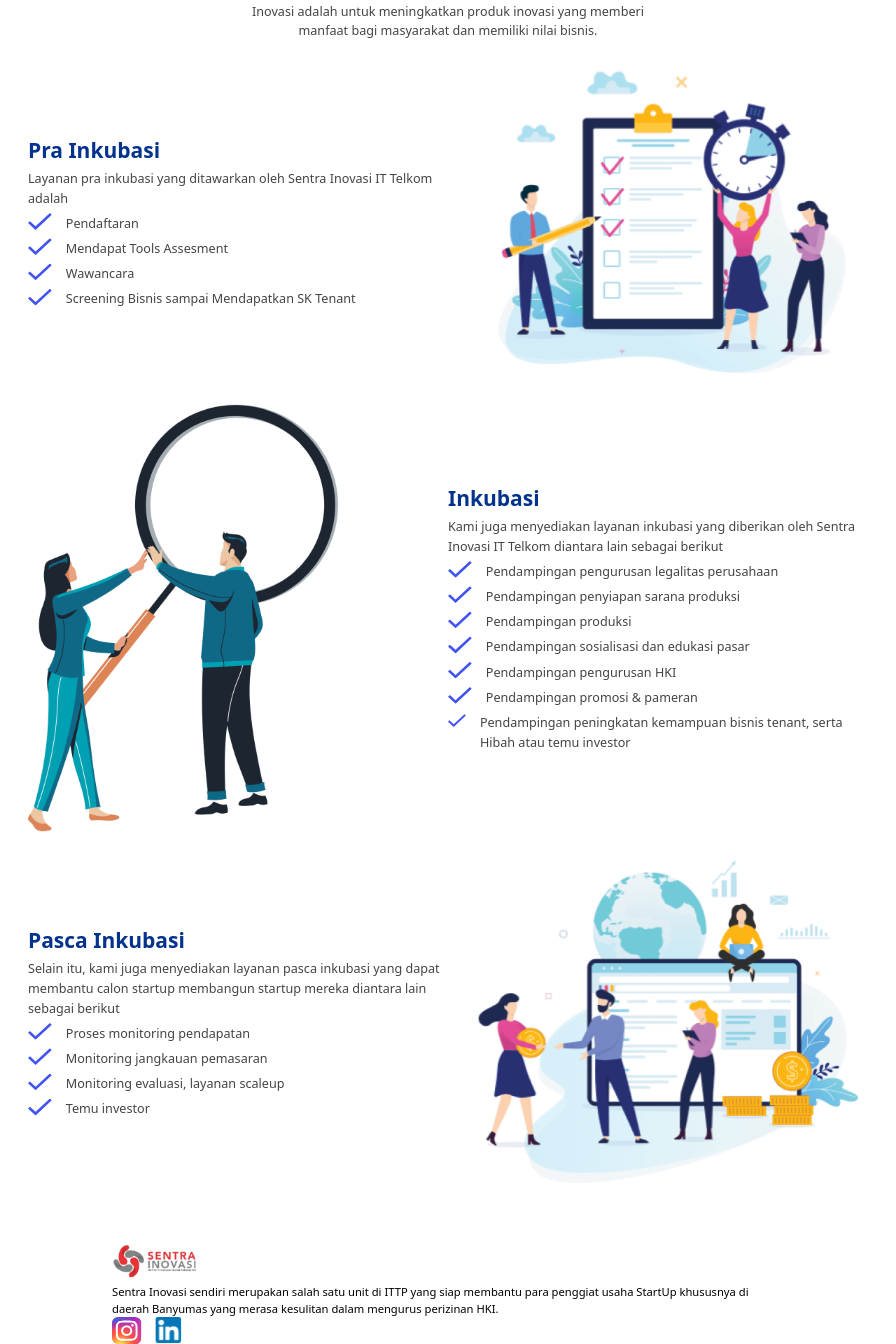
Repository: whytrno/sinovi-products
Page: /
These files come from the project's save history. The page is drawn as it stood at one moment and after a run of saves; the edit follows.
The browser window is 1280 px wide. The pictures show the part of the page from y = 1629 to 3549 px (the page is 3549 px tall), at 70% of full size.
The project was rebuilt for these pictures with package versions that can differ from the ones it lists, and the page was loaded fresh each time. The framework's server and built-in components were replaced by stand-ins that run in the browser. Also part of the build but not shown: next.config.js, components/Produk.js.

Above is the page before, as saved 2023-02-24 12:10:29.

### pages/index.js
import Footer from "@/components/Footer";
import Hero from "@/components/Hero";
import Layanan from "@/components/Layanan";
import Navbar from "@/components/Navbar";
import Produk from "@/components/Produk";
import VisiMisi from "@/components/VisiMisi";

export default function Home() {
  return (
    <div>
      <Navbar />
      <Hero />
      <VisiMisi />
      <Layanan />
      {/* <Produk /> */}
      <Footer />
    </div>
  )
}

### components/Footer.js
import InstagramIcon from "./Icon/InstagramIcon";
import LinkedinIcon from "./Icon/LinkedinIcon";

export default function Footer() {
    return (
        <div className="px-40">
            <img src="./logo/sinovi.png" />
            <p>Sentra Inovasi sendiri merupakan salah satu unit di ITTP yang siap membantu para penggiat usaha StartUp khususnya di daerah Banyumas yang merasa kesulitan dalam mengurus perizinan HKI.</p>

            <div className="flex gap-5">
                <InstagramIcon />
                <LinkedinIcon />
            </div>
        </div>
    )
}

### components/Hero.js
import Link from "next/link";

export default function Hero() {
    return (
        <div className="relative w-full h-screen flex items-center justify-between px-20 2xl:px-60">
            <img src="/images/hero-bg.jpg" alt="hero" className="w-full h-full object-cover absolute top-0 left-0 -z-10" />
            <div className="space-y-10">
                <h1 className="font-semibold text-5xl 2xl:text-6xl text-primary">Mulai bisnis bersama <br></br> Sentra Inovasi</h1>
                <Link href="/" className="font-semibold text-xl w-min whitespace-nowrap py-3 px-20 bg-secondary rounded-lg text-white block">Tentang Kami</Link>
            </div>
            <div>
                <img src="/images/hero.png" alt="hero" />
            </div>
        </div>
    )
}

### components/Layanan.js
import Child from "./Layanan/Child";
import List from "./Layanan/List";

export default function Layanan() {
    return (
        <div className="py-20 px-10 2xl:px-60 space-y-10">
            <div className="text-center space-y-3">
                <h1 className="text-4xl text-title font-semibold">LAYANAN</h1>
                <div className="flex justify-center">
                    <p className="text-paragraph w-1/2 text-center text-lg">Hal yang paling utama yang harus diketahui, bahwa tujuan Sentra Inovasi adalah untuk meningkatkan produk inovasi yang memberi manfaat bagi masyarakat dan memiliki nilai bisnis.</p>
                </div>
            </div>

            <Child dirrection="left" title="Pra Inkubasi" desc="Layanan pra inkubasi yang ditawarkan oleh Sentra Inovasi IT Telkom adalah" img="./images/layanan1.png" lists={["Pendaftaran", "Mendapat Tools Assesment", "Wawancara", "Screening Bisnis sampai Mendapatkan SK Tenant"]} />

            <Child dirrection="right" title="Inkubasi" desc="Kami juga menyediakan layanan inkubasi yang diberikan oleh Sentra Inovasi IT Telkom diantara lain sebagai berikut" img="./images/layanan2.png" lists={["Pendampingan pengurusan legalitas perusahaan", "Pendampingan penyiapan sarana produksi", "Pendampingan produksi", "Pendampingan sosialisasi dan edukasi pasar", "Pendampingan pengurusan HKI", "Pendampingan promosi & pameran", "Pendampingan peningkatan kemampuan bisnis tenant, serta Hibah atau temu investor"]} />

            <Child dirrection="left" title="Pasca Inkubasi" desc="Selain itu, kami juga menyediakan layanan pasca inkubasi yang dapat membantu calon startup membangun startup mereka diantara lain sebagai berikut" img="./images/layanan3.png" lists={["Proses monitoring pendapatan", "Monitoring jangkauan pemasaran", "Monitoring evaluasi, layanan scaleup", "Temu investor"]} />
        </div>
    )
}

### components/Navbar.js
import Link from "next/link";

export default function Navbar() {
    return (
        <div className="flex items-center justify-between p-5 2xl:px-60 shadow-xl">
            <div className="flex items-center gap-5">
                <img src="logo/ittp.png" alt="Ittp Logo" />
                <img src="logo/bdv.png" alt="BDV Logo" />
                <img src="logo/sinovi.png" alt="Sinovi Logo" />
            </div>
            <div className="font-semibold text-primary gap-4 2xl:gap-8 flex items-center">
                <Link href="/" className="text-secondary">Beranda</Link>
                <Link href="/">Ternaku</Link>
                <Link href="/">Calaun</Link>
                <Link href="/">Sisterponik</Link>
                <Link href="/">Sobat Warung</Link>
                <Link href="/">Pak Budi</Link>
                <Link href="/">Viregra</Link>
            </div>
        </div>
    )
}

### components/VisiMisi.js
import Card from "./VisiMisi/Card";

export default function VisiMisi() {
    return (
        <div className="py-20 px-10 2xl:px-60 space-y-10">
            <div className="text-center space-y-3">
                <h1 className="text-4xl text-title font-semibold">VISI MISI SENTRA INOVASI</h1>
                <div className="flex justify-center">
                    <p className="text-paragraph w-1/2 text-center text-lg">Untuk menjadi penggerak hilirisasi produk inovasi dalam menumbuhkan inovasi berbasis teknologi digital di Indonesia</p>
                </div>
            </div>
            <div className="grid grid-cols-2 gap-10">
                <Card logo="logo/visi1.png" desc="Menyelenggarakan pendampingan bagi masyarakat dalam memanfaatkan teknologi digital untuk pengembangan bisnis." />
                <Card logo="logo/visi2.png" desc="Menumbuhkembangkan masyarakat yang mampu memanfaatkan teknologi digital dalam peningkatan kesejahteraan." />
                <Card logo="logo/visi3.png" desc="Meningkatkan kerjasama lokal, nasional, maupun internasional dalam pengembangan bisnis berbasis teknologi digital. " />
                <Card logo="logo/visi4.png" desc="Serta Menciptakan bisnis berbasis teknologi digital yang mandiri dan berdaya saing tinggi." />
            </div>
        </div>
    )
}

### components/Icon/InstagramIcon.js
export default function InstagramIcon() {
    return (
        <svg
            xmlns="http://www.w3.org/2000/svg"
            width="42"
            height="39"
            fill="none"
            viewBox="0 0 42 39"
        >
            <path
                fill="url(#paint0_radial_25_124)"
                d="M21.007 0C12.239 0 9.675.008 9.177.047c-1.8.139-2.919.402-4.138.966a8.381 8.381 0 00-2.413 1.64C1.293 3.938.486 5.52.193 7.397.051 8.31.01 8.496.001 13.154c-.003 1.553 0 3.597 0 6.338 0 8.137.01 10.516.052 10.978.145 1.626.42 2.65 1.001 3.769 1.112 2.142 3.234 3.75 5.734 4.35.866.207 1.822.321 3.05.375.52.021 5.82.036 11.124.036s10.608-.006 11.115-.03c1.421-.062 2.247-.165 3.159-.384a9.063 9.063 0 003.385-1.591 8.292 8.292 0 002.349-2.768c.57-1.092.859-2.155.99-3.696.028-.336.04-5.693.04-11.044 0-5.351-.013-10.699-.041-11.035-.133-1.566-.422-2.619-1.01-3.732a7.786 7.786 0 00-1.798-2.287C37.762 1.2 36.063.45 34.038.179 33.057.047 32.862.009 27.842 0h-6.835z"
            ></path>
            <path
                fill="url(#paint1_radial_25_124)"
                d="M21.007 0C12.239 0 9.675.008 9.177.047c-1.8.139-2.919.402-4.138.966a8.381 8.381 0 00-2.413 1.64C1.293 3.938.486 5.52.193 7.397.051 8.31.01 8.496.001 13.154c-.003 1.553 0 3.597 0 6.338 0 8.137.01 10.516.052 10.978.145 1.626.42 2.65 1.001 3.769 1.112 2.142 3.234 3.75 5.734 4.35.866.207 1.822.321 3.05.375.52.021 5.82.036 11.124.036s10.608-.006 11.115-.03c1.421-.062 2.247-.165 3.159-.384a9.063 9.063 0 003.385-1.591 8.292 8.292 0 002.349-2.768c.57-1.092.859-2.155.99-3.696.028-.336.04-5.693.04-11.044 0-5.351-.013-10.699-.041-11.035-.133-1.566-.422-2.619-1.01-3.732a7.786 7.786 0 00-1.798-2.287C37.762 1.2 36.063.45 34.038.179 33.057.047 32.862.009 27.842 0h-6.835z"
            ></path>
            <path
                fill="#fff"
                d="M20.997 5.1c-4.21 0-4.74.017-6.393.087-1.65.07-2.777.313-3.763.67-1.02.367-1.885.86-2.747 1.66a7.04 7.04 0 00-1.79 2.55c-.384.917-.645 1.964-.72 3.496-.073 1.536-.093 2.027-.093 5.939 0 3.91.019 4.4.094 5.936.076 1.533.337 2.58.72 3.495.397.948.926 1.751 1.788 2.552a7.674 7.674 0 002.746 1.662c.987.356 2.114.599 3.764.669 1.654.07 2.182.087 6.392.087 4.211 0 4.738-.017 6.392-.087 1.65-.07 2.779-.313 3.765-.67a7.668 7.668 0 002.745-1.661 7.04 7.04 0 001.79-2.551c.38-.916.642-1.963.72-3.495.074-1.537.093-2.026.093-5.937 0-3.912-.019-4.402-.093-5.938-.078-1.534-.34-2.58-.72-3.496a7.038 7.038 0 00-1.79-2.55 7.66 7.66 0 00-2.746-1.662c-.988-.356-2.116-.598-3.766-.669-1.654-.07-2.18-.087-6.393-.087h.005zm-1.391 2.596h1.391c4.14 0 4.63.013 6.265.082 1.512.065 2.332.3 2.879.496.724.261 1.24.573 1.782 1.077s.878.984 1.16 1.656c.212.508.465 1.27.534 2.674.074 1.518.09 1.974.09 5.817 0 3.844-.016 4.3-.09 5.818-.07 1.404-.322 2.166-.534 2.673a4.437 4.437 0 01-1.16 1.654 4.844 4.844 0 01-1.782 1.077c-.546.198-1.367.432-2.879.497-1.634.069-2.125.084-6.265.084s-4.63-.015-6.265-.084c-1.512-.065-2.332-.3-2.88-.497a4.852 4.852 0 01-1.782-1.077 4.447 4.447 0 01-1.16-1.655c-.213-.507-.466-1.27-.535-2.673-.074-1.519-.089-1.975-.089-5.82 0-3.846.015-4.3.09-5.818.069-1.404.321-2.166.533-2.674a4.446 4.446 0 011.16-1.656c.543-.504 1.06-.816 1.784-1.077.546-.199 1.367-.433 2.879-.497 1.43-.06 1.984-.078 4.874-.081v.004zm9.667 2.39c-.368 0-.727.102-1.034.292-.306.19-.544.46-.685.776-.14.316-.177.663-.105.998.071.336.249.643.509.885s.592.406.953.473c.36.066.735.032 1.075-.099.34-.13.63-.352.835-.636.204-.285.313-.619.313-.96 0-.955-.834-1.729-1.86-1.729zm-8.276 2.02c-4.397 0-7.962 3.311-7.962 7.396 0 4.084 3.565 7.394 7.962 7.394s7.961-3.31 7.961-7.394c0-4.085-3.564-7.396-7.961-7.396zm0 2.595c2.854 0 5.168 2.15 5.168 4.8 0 2.652-2.314 4.801-5.168 4.801-2.855 0-5.168-2.15-5.168-4.8 0-2.652 2.313-4.8 5.168-4.8z"
            ></path>
            <defs>
                <radialGradient
                    id="paint0_radial_25_124"
                    cx="0"
                    cy="0"
                    r="1"
                    gradientTransform="matrix(0 -38.6519 38.7146 0 11.156 42.004)"
                    gradientUnits="userSpaceOnUse"
                >
                    <stop stopColor="#FD5"></stop>
                    <stop offset="0.1" stopColor="#FD5"></stop>
                    <stop offset="0.5" stopColor="#FF543E"></stop>
                    <stop offset="1" stopColor="#C837AB"></stop>
                </radialGradient>
                <radialGradient
                    id="paint1_radial_25_124"
                    cx="0"
                    cy="0"
                    r="1"
                    gradientTransform="matrix(3.65204 16.94144 -74.74523 16.1127 -7.035 2.81)"
                    gradientUnits="userSpaceOnUse"
                >
                    <stop stopColor="#3771C8"></stop>
                    <stop offset="0.128" stopColor="#3771C8"></stop>
                    <stop offset="1" stopColor="#60F" stopOpacity="0"></stop>
                </radialGradient>
            </defs>
        </svg>
    );
}

### components/Layanan/Child.js
import List from "./List";

function content(title, desc, lists) {
    return (
        <div className="space-y-2 w-1/2">
            <h1 className="text-3xl text-primary font-semibold">{title}</h1>
            <p>{desc}</p>
            {lists.map(list => (
                <List title={list} />
            ))}
        </div>
    )
}
function image(img) {
    return (
        <div>
            <img src={img} />
        </div>
    )
}

export default function Child({ dirrection, title, desc, img, lists }) {
    return (
        <div className="flex justify-between text-lg text-paragraph items-center">
            {dirrection == 'right' ? (
                <>
                    {image(img)}
                    {content(title, desc, lists)}
                </>
            ) : (
                <>
                    {content(title, desc, lists)}
                    {image(img)}
                </>
            )}
        </div>
    )
}

### components/Layanan/List.js
import CheckIcon from "../Icon/CheckIcon";

export default function List({ title }) {
    return (
        <div className="flex gap-5">
            <CheckIcon />
            <p>{title}</p>
        </div>
    )
}

### components/VisiMisi/Card.js
export default function Card({ logo, desc }) {
    return (
        <div>
            <div className="flex items-center shadow-lg p-7 gap-5 text-paragraph rounded-md">
                <img src={logo} className="h-24 w-24" />
                <p>{desc}</p>
            </div>
        </div>
    )
}

### components/Icon/CheckIcon.js
export default function CheckIcon() {
    return (
        <svg
            xmlns="http://www.w3.org/2000/svg"
            width="34"
            height="24"
            fill="none"
            viewBox="0 0 34 24"
        >
            <path
                fill="#4154F1"
                d="M10.805 18.935l-8.06-7.463L0 13.996 10.805 24 34 2.523 31.275 0l-20.47 18.935z"
            ></path>
        </svg>
    );
}

### tailwind.config.js
/** @type {import('tailwindcss').Config} */
module.exports = {
  content: [
    "./app/**/*.{js,ts,jsx,tsx}",
    "./pages/**/*.{js,ts,jsx,tsx}",
    "./components/**/*.{js,ts,jsx,tsx}"
  ],
  theme: {
    extend: {
      colors: {
        primary: "#03338D",
        secondary: "#4154F1",
        title: "#192A48",
        paragraph: "#444444"
      },
    },
    plugins: [],
  }
}

Loaded but not shown: pages/_app.js (common file); pages/_document.js (common file); styles/globals.css (common file); components/Icon/LinkedinIcon.js (library)

After the next 2 saves:
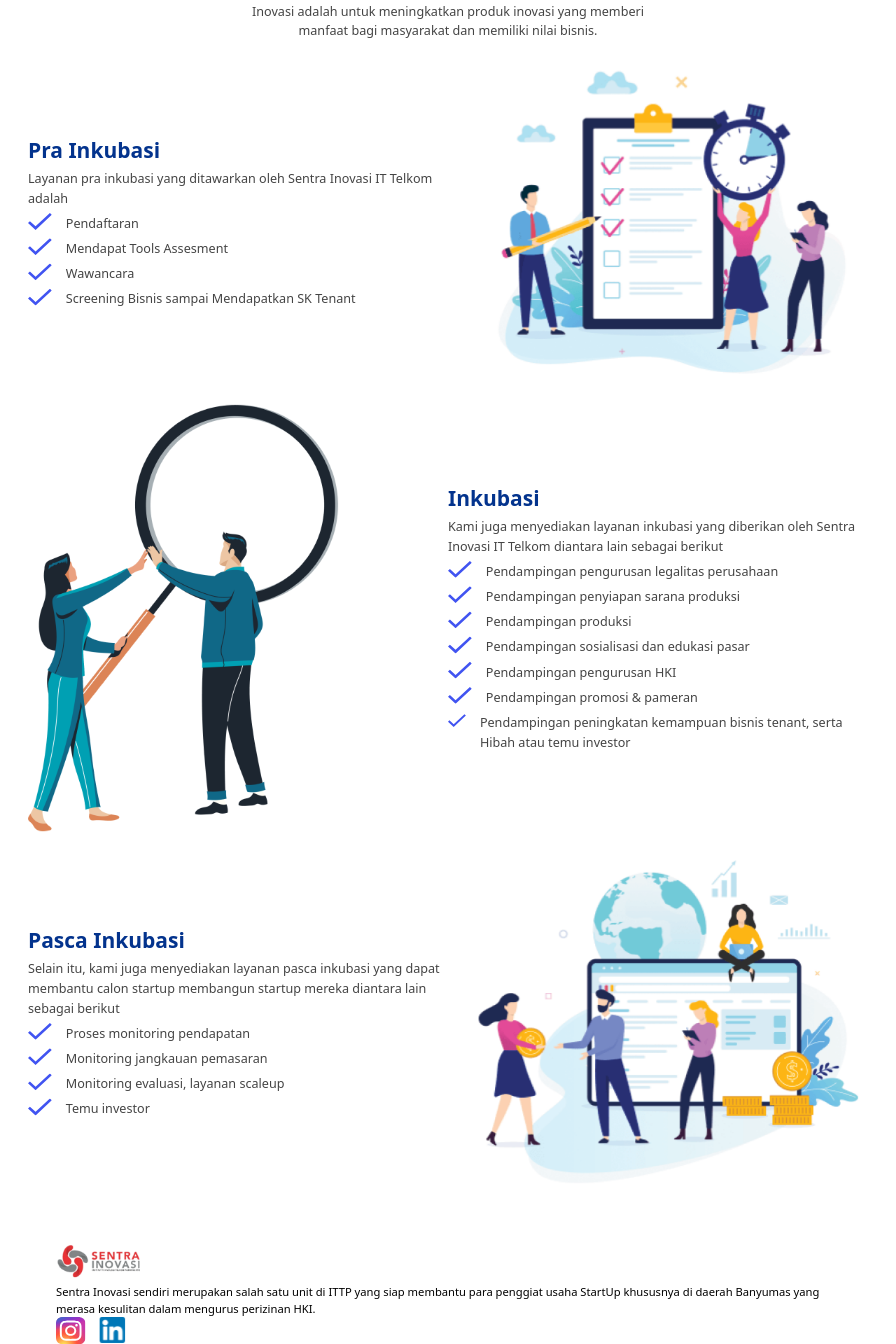
The 2 saves are shown as one change because they came seconds apart.
The last was saved 28 s later.
--- a/components/Footer.js
+++ b/components/Footer.js
@@ -3,7 +3,7 @@
 
 export default function Footer() {
     return (
-        <div className="px-40">
+        <div className="px-20 2xl:px-60">
             <img src="./logo/sinovi.png" />
             <p>Sentra Inovasi sendiri merupakan salah satu unit di ITTP yang siap membantu para penggiat usaha StartUp khususnya di daerah Banyumas yang merasa kesulitan dalam mengurus perizinan HKI.</p>
 
